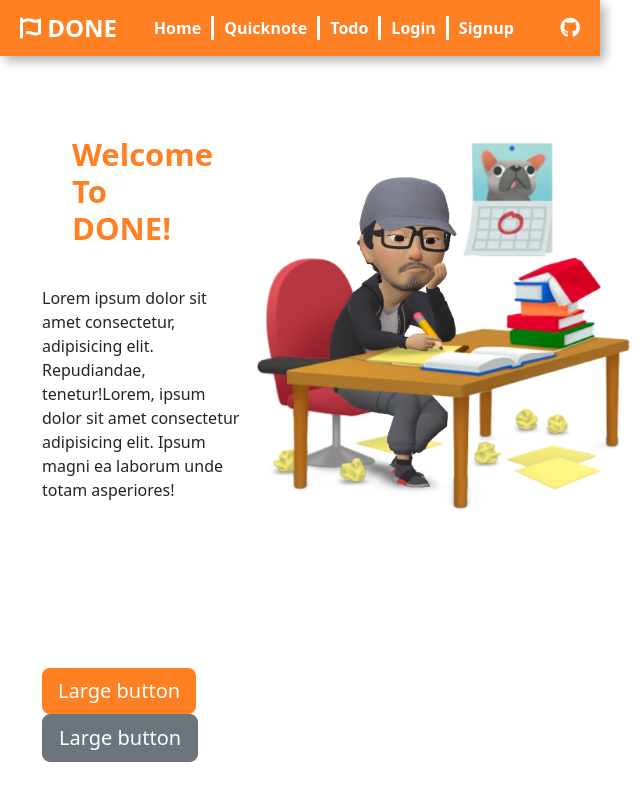
Repository: OmarEssameldinMousa/DONE
Page: index.html
The author's editor kept a copy of each file at every save. The page is drawn from the files as they stood at one save, then again after the next save.
The browser window is 600 px wide. The page is 643 px wide, then 600 px, so the pictures cover 643 px, including what lies to the right of the window. The pictures show the whole page.
Some web fonts or font styles are not loaded; a fallback is used.

Above is the page before, as saved 2023-12-15 23:20:08.

After the next save:
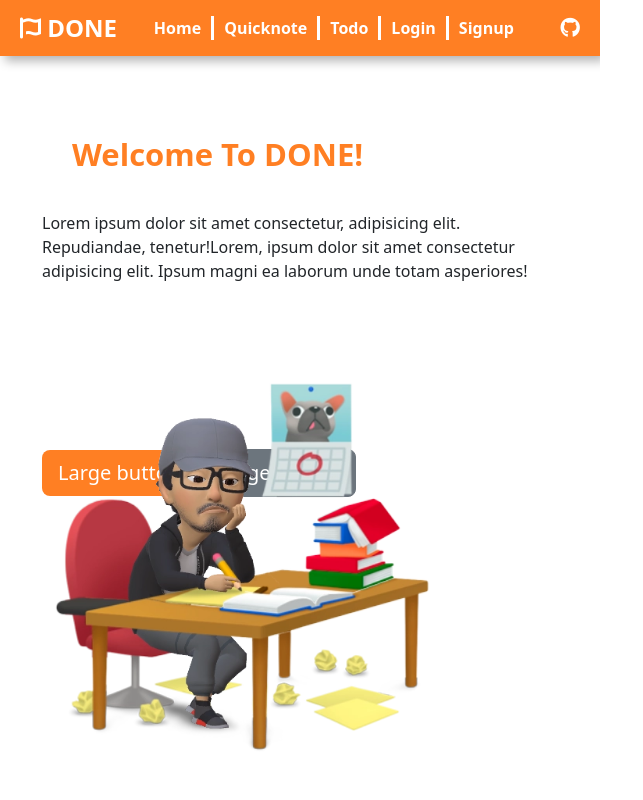
Saved 12 s later.
--- a/CSS/styles.css
+++ b/CSS/styles.css
@@ -55,10 +55,11 @@ body{
             margin-top: -20px;
         }
         width: 390px;
+        .landing{
+            flex-direction: column;
+        }
     }
-    .landing{
-        flex-direction: column;
-    }
+
 }
 /*small screens*/
 @media (min-width: 768px){
